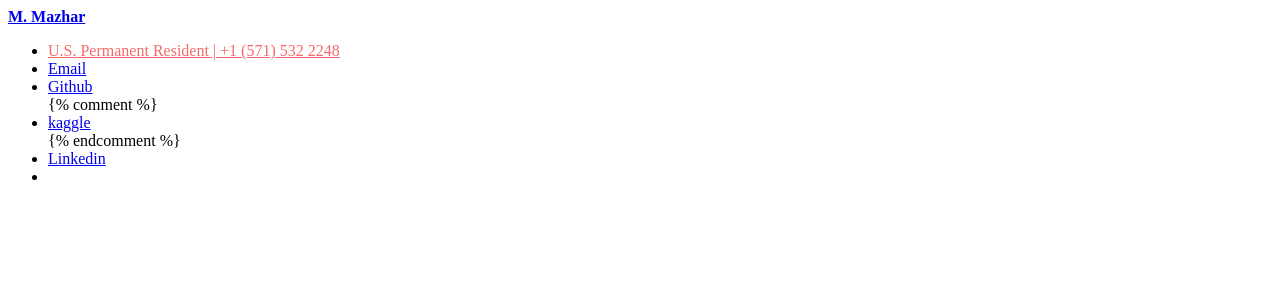
Repository: mm-mazhar/django-portfolio-website
Page: templates/partials/header.html
These files come from the project's save history. The page is drawn as it stood at one moment and after the next save; the edit follows.
The browser window is 1280 px wide. The pictures show the whole page.

Above is the page before, as saved 2025-07-17 20:20:20.

### templates/partials/header.html
<header id="header">
    <a href="/" class="logo"><strong>M. Mazhar</strong></a>
    <ul class="icons">
        <!-- <li><a href="#" class="icon brands fa-facebook-f"><span class="label">Facebook</span></a></li> -->
         <li><a href="tel:+15715322248" style="color: #f56a6a;">U.S. Permanent Resident | +1 (571) 532 2248</a></li>
         <li class="icon solid fa-envelope"><a href="mailto:email.mazhar.01@gmail.com" target="_blank">Email</a></li>
        <li><a href="https://github.com/mm-mazhar" target="_blank" class="icon brands fa-github"><span class="label">Github</span></a></li>
        {% comment %} <li><a href="https://www.kaggle.com/mazhar01" target="_blank" class="icon brands fa-kaggle"><span class="label">kaggle</span></a></li> {% endcomment %}
        <li><a href="https://www.linkedin.com/in/m-mazhar-121133269/" target="_blank" class="icon brands fa-linkedin"><span class="label">Linkedin</span></a></li>
        <!-- <li><a href="https://twitter.com/m_mazhar_01" target="_blank" class="icon brands fa-twitter"><span class="label">Twitter</span></a></li> -->
        <li><a href="https://wa.me/+15715322248" target="_blank" class="icon brands fa-whatsapp"><span class="label"></span></a></li>
        <!-- <li><a href="#" target="_blank" class="icon brands fa-snapchat-ghost"><span class="label">Snapchat</span></a></li>
        <li><a href="#" target="_blank" class="icon brands fa-instagram"><span class="label">Instagram</span></a></li>
        <li><a href="#" target="_blank" class="icon brands fa-medium-m"><span class="label">Medium</span></a></li> -->
    </ul>

</header>

After the next save:
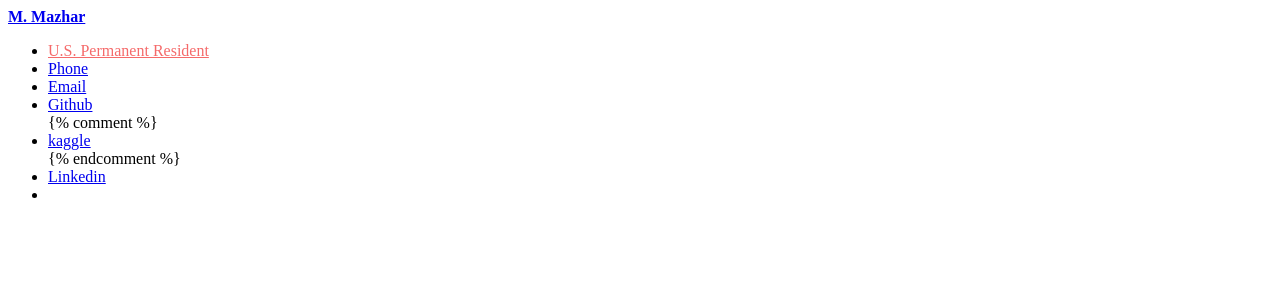
Saved 25 min 12 s later.
--- a/templates/partials/header.html
+++ b/templates/partials/header.html
@@ -2,8 +2,9 @@
     <a href="/" class="logo"><strong>M. Mazhar</strong></a>
     <ul class="icons">
         <!-- <li><a href="#" class="icon brands fa-facebook-f"><span class="label">Facebook</span></a></li> -->
-         <li><a href="tel:+15715322248" style="color: #f56a6a;">U.S. Permanent Resident | +1 (571) 532 2248</a></li>
-         <li class="icon solid fa-envelope"><a href="mailto:email.mazhar.01@gmail.com" target="_blank">Email</a></li>
+         <li><a href="#" style="color: #f56a6a;">U.S. Permanent Resident</a></li>
+		<li><a href="tel:+15715322248" target="_blank" class="icon solid fa-phone"><span class="label">Phone</span></a></li>
+		<li><a href="mailto:email.mazhar.01@gmail.com" target="_blank" class="icon solid fa-envelope"><span class="label">Email</span></a></li>
         <li><a href="https://github.com/mm-mazhar" target="_blank" class="icon brands fa-github"><span class="label">Github</span></a></li>
         {% comment %} <li><a href="https://www.kaggle.com/mazhar01" target="_blank" class="icon brands fa-kaggle"><span class="label">kaggle</span></a></li> {% endcomment %}
         <li><a href="https://www.linkedin.com/in/m-mazhar-121133269/" target="_blank" class="icon brands fa-linkedin"><span class="label">Linkedin</span></a></li>
